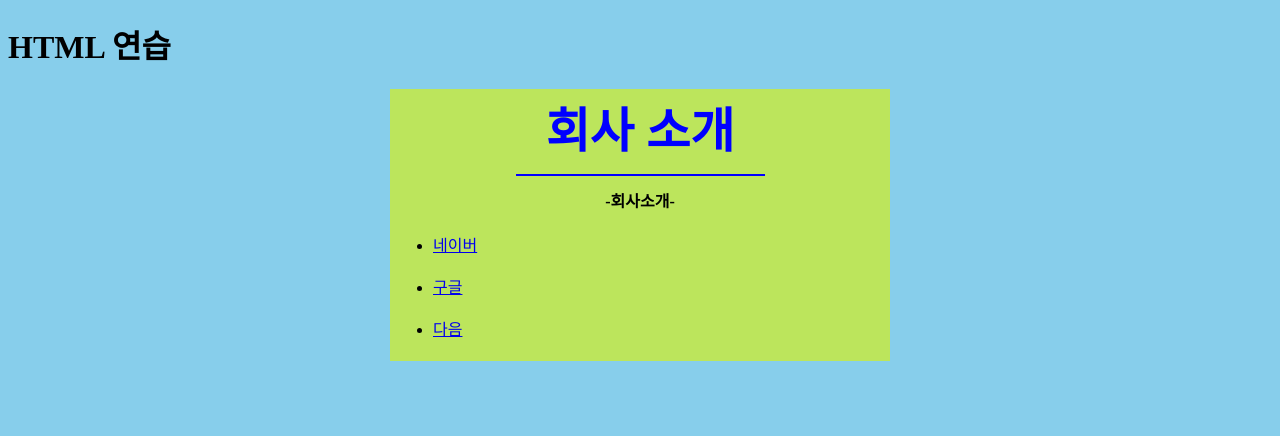
Repository: leeseungho1994/test09
Page: html/NewFile.html
These files come from the project's save history. The page is drawn as it stood at one moment and after the next save; the edit follows.
The browser window is 1280 px wide. The pictures show the whole page.

Above is the page before, as saved 2020-10-29 09:09:30.

### html/NewFile.html
<!DOCTYPE html>
<html>
<head>
<meta charset="UTF-8">
<title>Insert title here</title>
</head>
<body style="background-color: skyblue;">
	<h1>HTML 연습</h1>
	<table style="background-color: #BCE55C;" align="center" width="500">
		<tr>
			<th><font size="7" face="궁서체" color="blue">회사 소개</font></th>

		</tr>
		<tr>
			<th><hr width="50%" align="center" color="blue"></th>
		</tr>
		<tr>
			<th>-회사소개-</th>
		</tr>
		<tr>
			<td><ul>
					<li><a href="https://www.naver.com/">네이버</a></li><br>
					<li><a href="https://www.google.co.kr/">구글</a></li><br>
					<li><a href="https://www.google.co.kr/">다음</a></li>
				</ul>
				</td>
		</tr>
		<tr>

		</tr>
	</table>
</body>
</html>

After the next save:
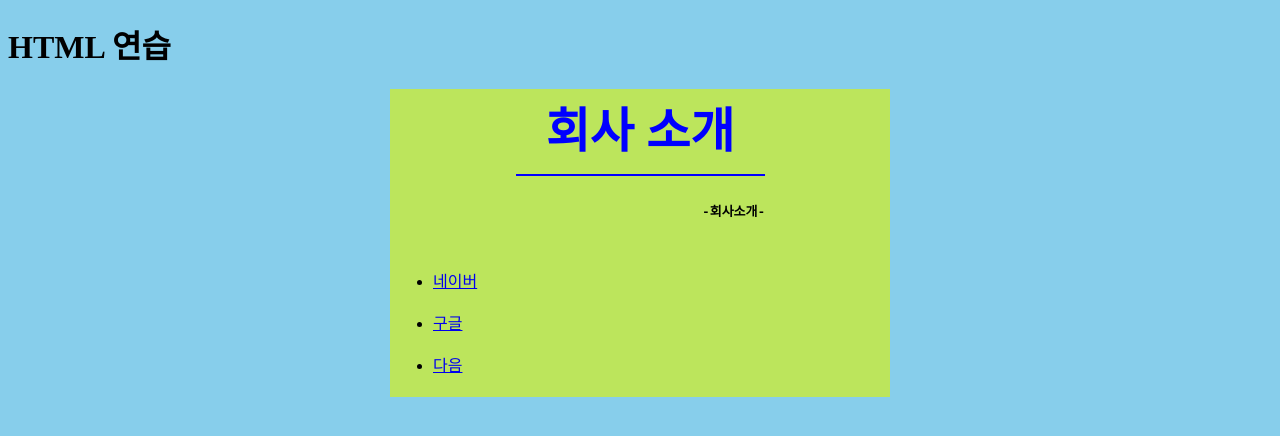
Saved 32 s later.
--- a/html/NewFile.html
+++ b/html/NewFile.html
@@ -15,7 +15,11 @@
 			<th><hr width="50%" align="center" color="blue"></th>
 		</tr>
 		<tr>
-			<th>-회사소개-</th>
+			<th>
+			<pre>
+			-회사소개-
+			</pre>
+			</th>
 		</tr>
 		<tr>
 			<td><ul>
